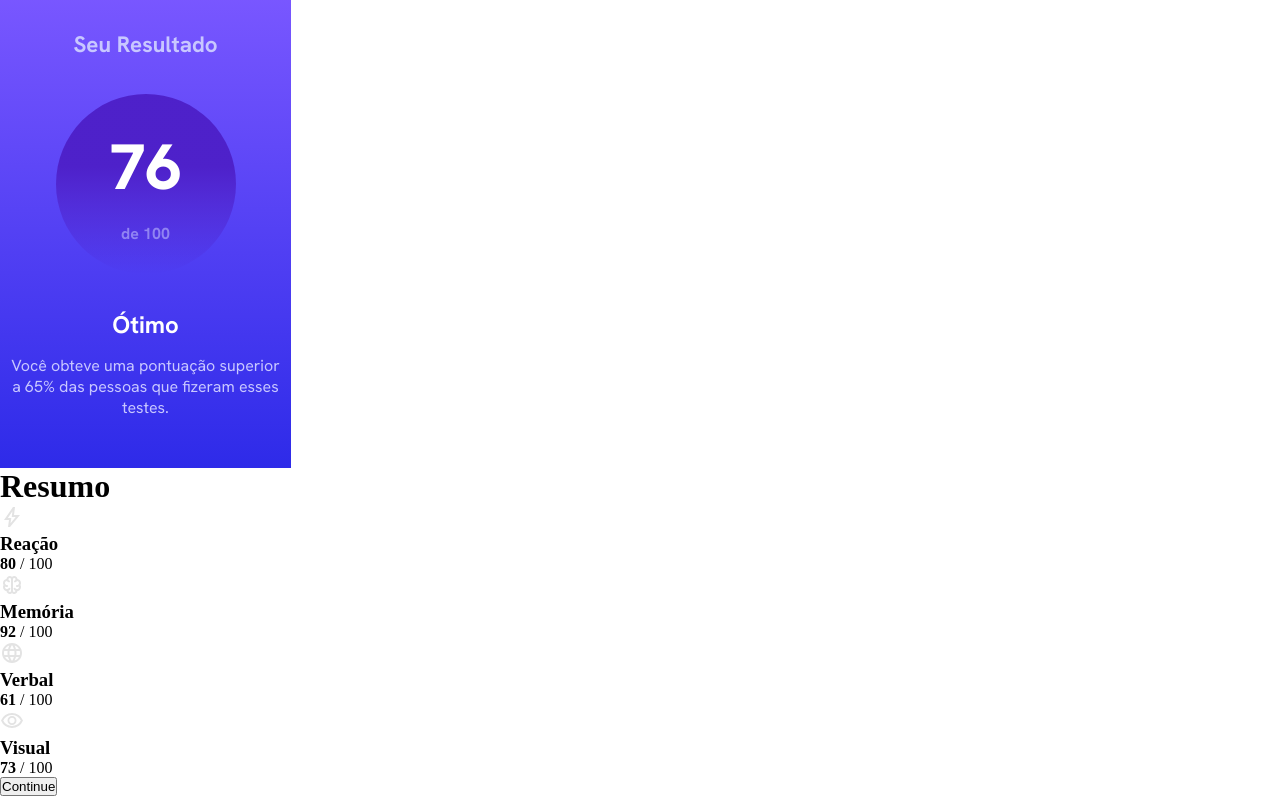
Repository: caique2512/resumo-de-resultados
Page: index.html
These files come from the project's save history. The page is drawn as it stood at one moment and after a run of saves; the edit follows.
The browser window is 1280 px wide. The pictures show the whole page.

Above is the page before, as saved 2026-03-09 16:49:42.

### index.html
<!DOCTYPE html>
<html lang="pt-br">
<head>
    <meta charset="UTF-8">
    <meta name="viewport" content="width=device-width, initial-scale=1.0">
    <title>Resumo de Resultados</title>
    <link rel="stylesheet" href="src/css/estilos.css">
    <link rel="stylesheet" href="src/css/reset.css">
</head>
<body>
    <main class="conteudo">
        <div class="principal">
            <h1 class="titulo">Seu Resultado</h1>
            <div class="circulo">
                <h2>76</h2>
                <p>de 100</p>
            </div>
            <h2>Ótimo</h2>
            <p class="subtitle">Você obteve uma pontuação superior a 65% das pessoas que fizeram esses testes.</p>
        </div>
        <div>
            <h1 class="titulo1">Resumo</h1>
            <div class="classes">
                <div class="resumo1">
                    <img src="./src/images/raio.svg" alt="Raio">
                    <h3>Reação</h3>
                    <p><strong>80</strong> / 100</p>
                </div>
                <div class="resumo2">
                    <img src="./src/images/memoria.svg" alt="Memória">
                    <h3>Memória</h3>
                    <p><strong>92</strong> / 100</p>
                </div>
                <div class="resumo3">
                    <img src="./src/images/mensagem.svg" alt="Mensagem">
                    <h3>Verbal</h3>
                    <p><strong>61</strong> / 100</p>
                </div>
                <div class="resumo4">
                    <img src="./src/images/olho.svg" alt="olho">
                    <h3>Visual</h3>
                    <p><strong>73</strong> / 100</p>
                </div>
            </div>
            <button class="btn-resumo">Continue</button>
        </div>
    </main>
</body>
</html>

### src/css/estilos.css
@import url('https://fonts.googleapis.com/css2?family=Hanken+Grotesk:ital,wght@0,100..900;1,100..900&display=swap');


.principal {
    background: linear-gradient(hsl(252, 100%, 67%), hsl(241, 81%, 54%));
    width: 291px;
    height: ;
    display: flex;
    flex-direction: column;
    align-items: center;
}

.titulo {
    color: hsl(241, 100%, 89%);
    font-family: "Hanken Grotesk";
    margin-top: 30px;
    font-size: 1.4rem;
}

.circulo {
    background: linear-gradient(hsla(256, 72%, 46%, 1) 40%, hsla(241, 72%, 46%, 0));
    width: 180px;
    height: 180px;
    border-radius: 50%;
    display: flex;
    align-items: center;
    justify-content: center;
    flex-direction: column;
    margin: 35px 35px;
}

.circulo h2 {
    font-size: 4rem;
    font-family: "Hanken Grotesk";
    font-weight: 800;
    color: hsl(0, 0%, 100%);
}

.circulo p {
    color: hsla(241, 100%, 89%, 0.538);
    font-family: "Hanken Grotesk";
    font-weight: 700;
}

.principal h2 {
    color: white;
    font-family: "Hanken Grotesk";
    margin-bottom: 15px;
}

.principal .subtitle {
    color: hsl(241, 100%, 89%);
    font-family: "Hanken Grotesk";
    width: 270px;
    display: flex;
    text-align: center;
    margin-bottom: 50px;
}

Loaded but not shown: src/css/reset.css (common file)

After the next 2 saves:
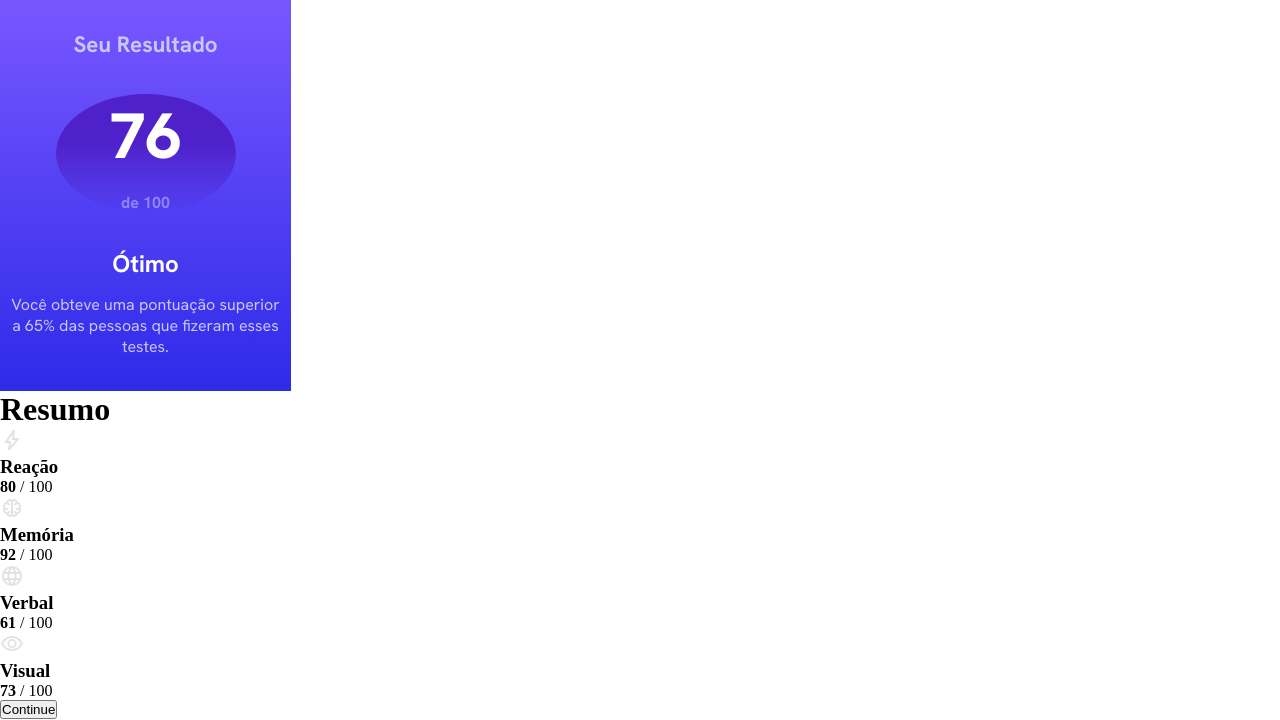
The 2 saves are shown as one change because they came seconds apart.
The last was saved 6 s later.
--- a/src/css/estilos.css
+++ b/src/css/estilos.css
@@ -4,7 +4,7 @@
 .principal {
     background: linear-gradient(hsl(252, 100%, 67%), hsl(241, 81%, 54%));
     width: 291px;
-    height: ;
+    height: 391px;
     display: flex;
     flex-direction: column;
     align-items: center;
